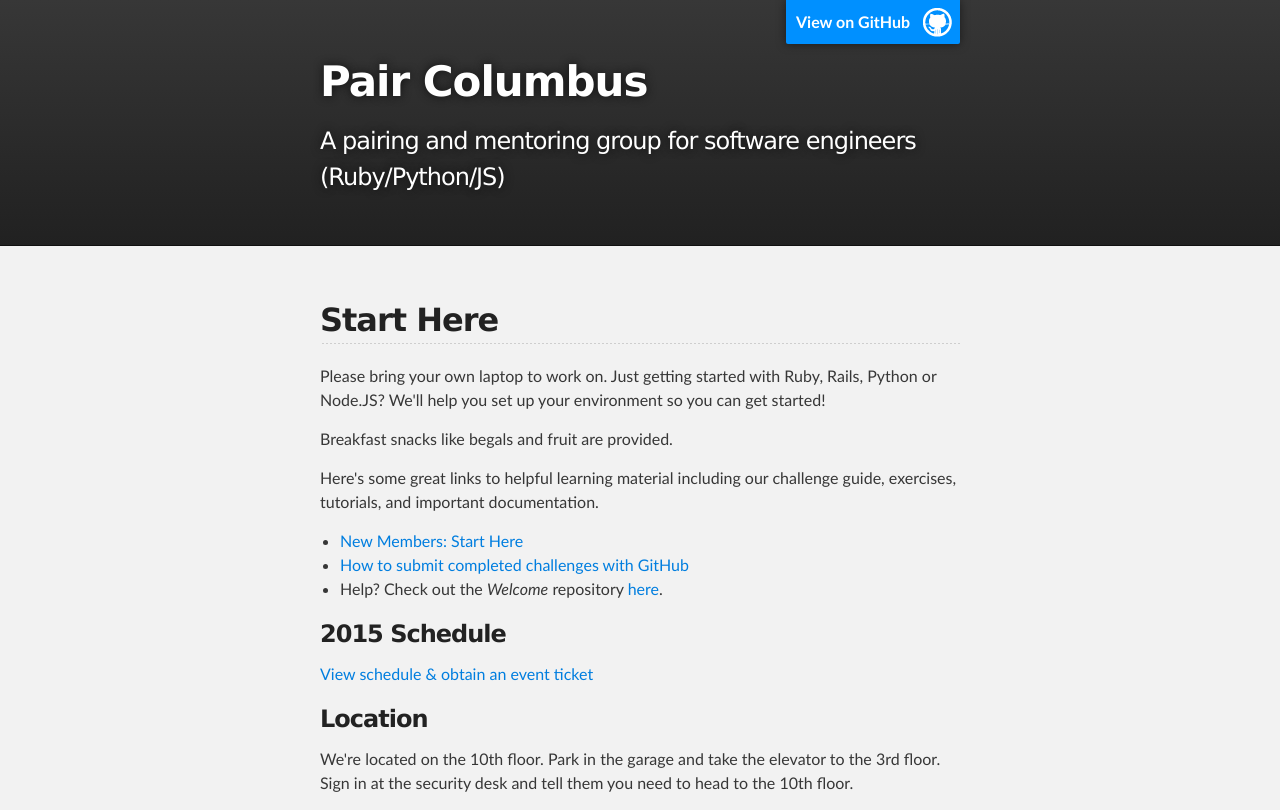
Repository: paircolumbus/paircolumbus.github.io
Page: index.html
The author's editor kept a record of every edit. The page is drawn from the files as they stood at one moment, then again after the next edit.
The browser window is 1280 px wide. The pictures show the part of the page from y = 0 to 810 px (the page is 1761 px tall before and 1785 px after).
Pictures or frames that could not be fetched are drawn as grey boxes.

Above is the page before.

After the next edit:
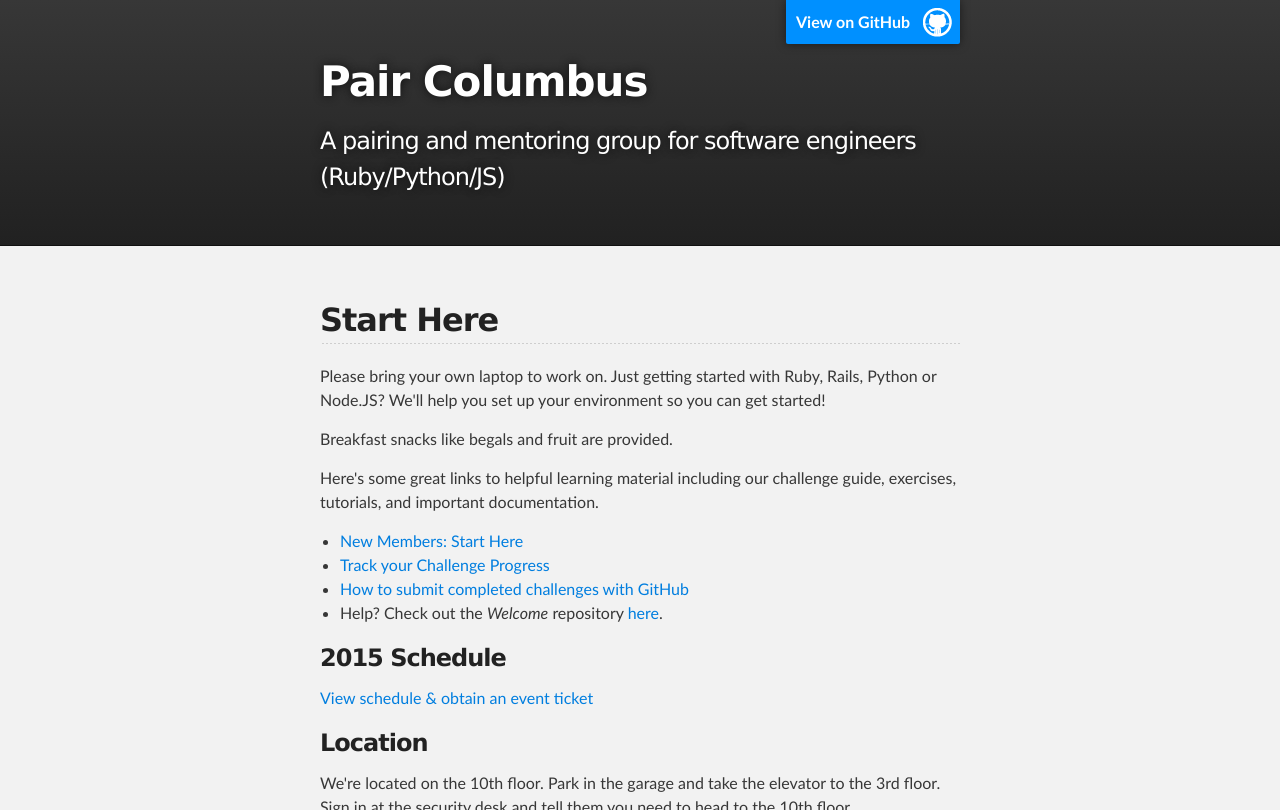
The edit:
--- a/index.html
+++ b/index.html
@@ -35,6 +35,7 @@
 
 <ul>
 <li><a href="https://github.com/paircolumbus/Welcome/blob/master/GettingStarted.md">New Members: Start Here</a></li>
+<li><a href="http://challengeprogress.herokuapp.com/">Track your Challenge Progress</a></li>
 <li><a href="https://github.com/paircolumbus/Welcome/blob/master/SubmittingChallenges.md">How to submit completed challenges with GitHub</a></li>
 <li>Help? Check out the <em>Welcome</em> repository <a href="https://github.com/paircolumbus/Welcome">here</a>.</li>
 </ul>
